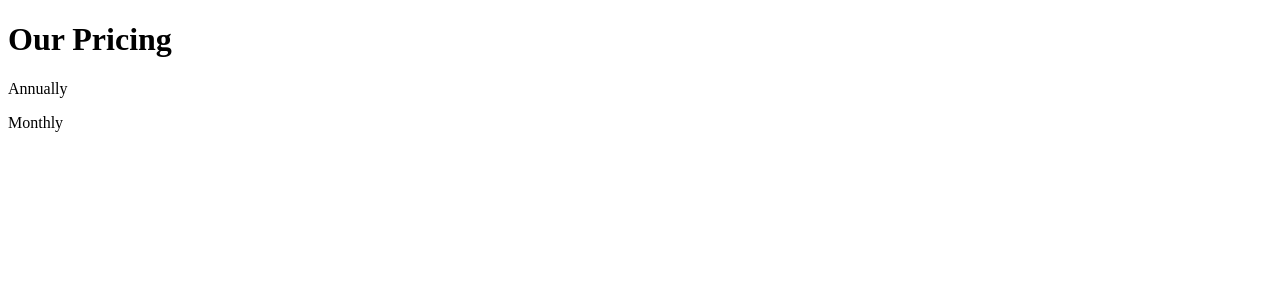
Repository: lah23500/Pricing-App
Page: Price landing page/index.html
An editor plug-in stored every save of this project. The page is shown before and after the next save, followed by the edit.
The browser window is 1280 px wide. The pictures show the whole page.

Above is the page before, as saved 2024-01-19 13:49:25.

After the next save:
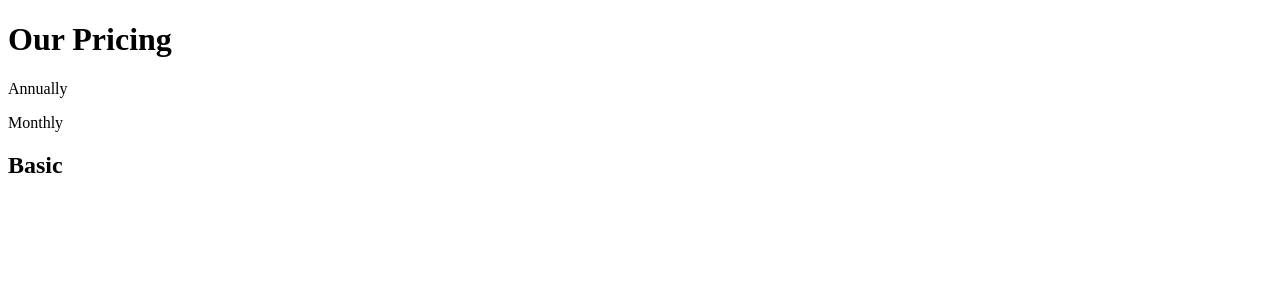
Saved 2 min 32 s later.
--- a/Price landing page/index.html
+++ b/Price landing page/index.html
@@ -15,5 +15,8 @@
         <p>Monthly</p>
       </nav>
     </header>
+    <main>
+      <h2>Basic</h2>
+    </main>
   </body>
 </html>
